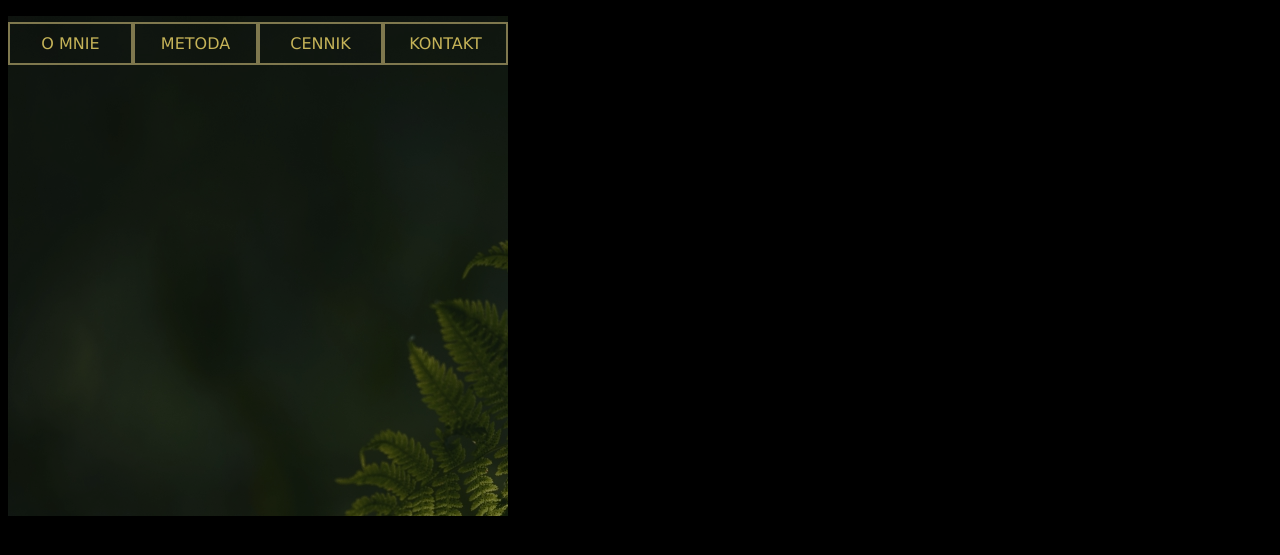
Repository: LechCieslak/Anna_Cieslak_v2.1
Page: index.html
These files come from the project's save history. The page is drawn as it stood at one moment and after a run of saves; the edit follows.
The browser window is 1280 px wide. The pictures show the whole page.

Above is the page before, as saved 2020-09-17 16:07:25.

After the next 4 saves:
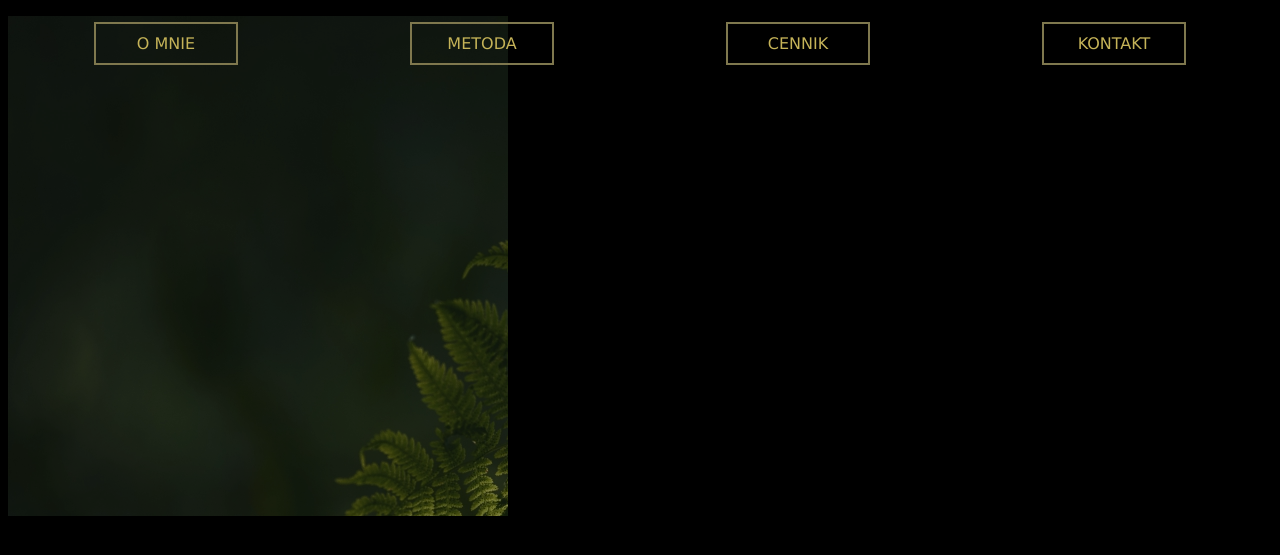
The 4 saves are shown as one change because they came seconds apart.
The last was saved 9 min 58 s later.
--- a/style.css
+++ b/style.css
@@ -11,8 +11,6 @@ body {
     background-color: black;
     color: var(--text);
     /* animation: backgroundEffPoz 3s forwards; */
-    width: 500px;
-    height: 500px;
     display: block;
     position: relative;
 }
@@ -27,6 +25,8 @@ body::after {
     bottom: 0;
     right: 0;
     position: absolute;
+    width: 500px;
+    height: 500px;
     z-index: -1;
 }
 
